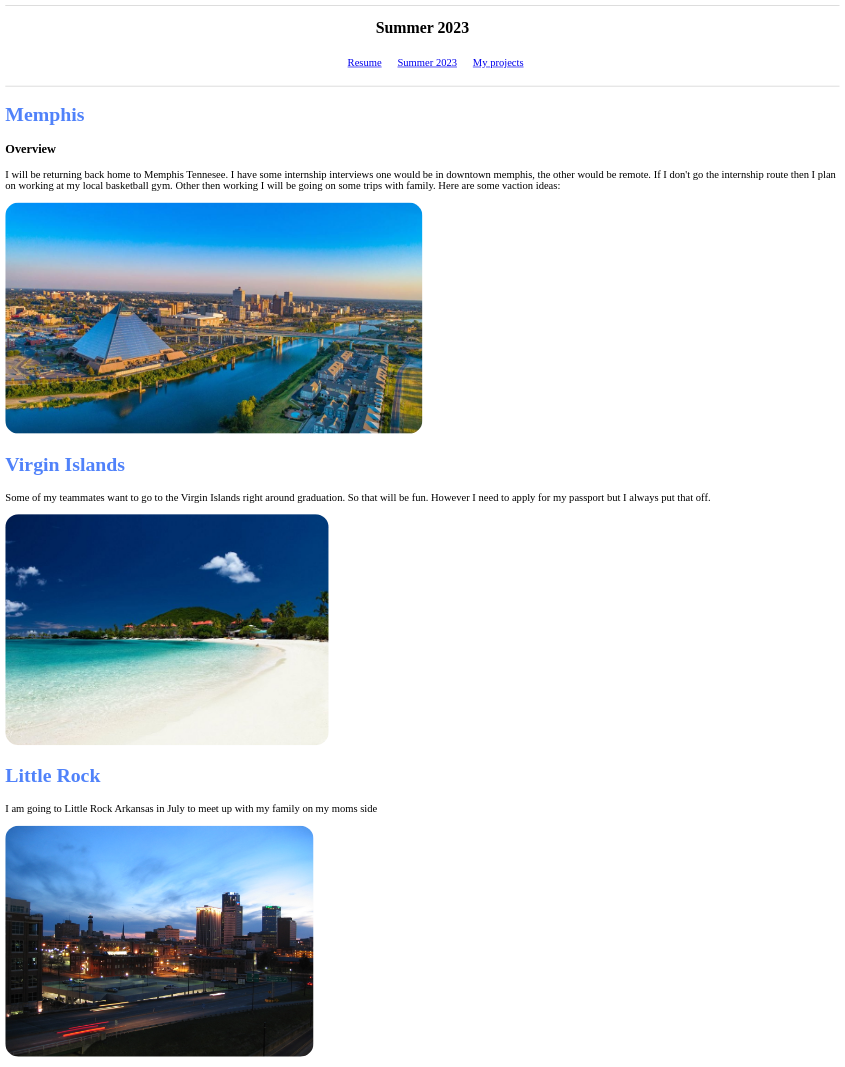
Repository: kayacancode/itm361project1
Page: summer2023.html
An editor plug-in stored every save of this project. The page is shown before and after the next save, followed by the edit.
The browser window is 1280 px wide. The pictures show the whole page, at 66% of full size.
Some web fonts or font styles are not loaded; a fallback is used.

Above is the page before, as saved 2023-03-04 14:34:48.

After the next save:
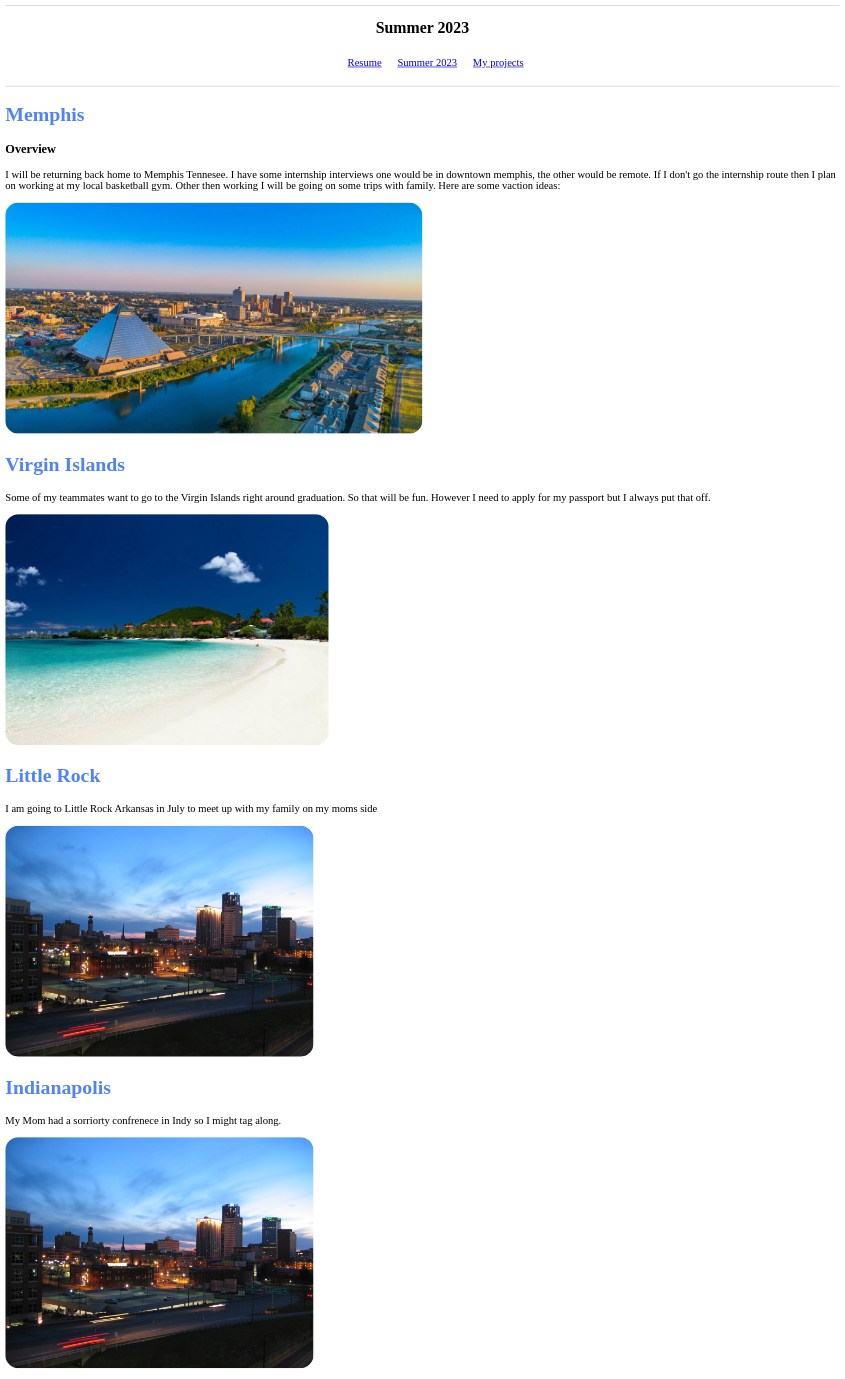
Saved 79 s later.
--- a/summer2023.html
+++ b/summer2023.html
@@ -56,6 +56,17 @@
 
     />
   </section>
+  <section>
+    <h2>Indianapolis</h2>
+    <p>
+        My Mom had a sorriorty confrenece in Indy so I might tag along.
+      </p>
+      <img
+        src="images/littlerock.jpeg"
+        alt="little rock"
+
+      />
+    </section>
 </div>
   </body>
 </html>
